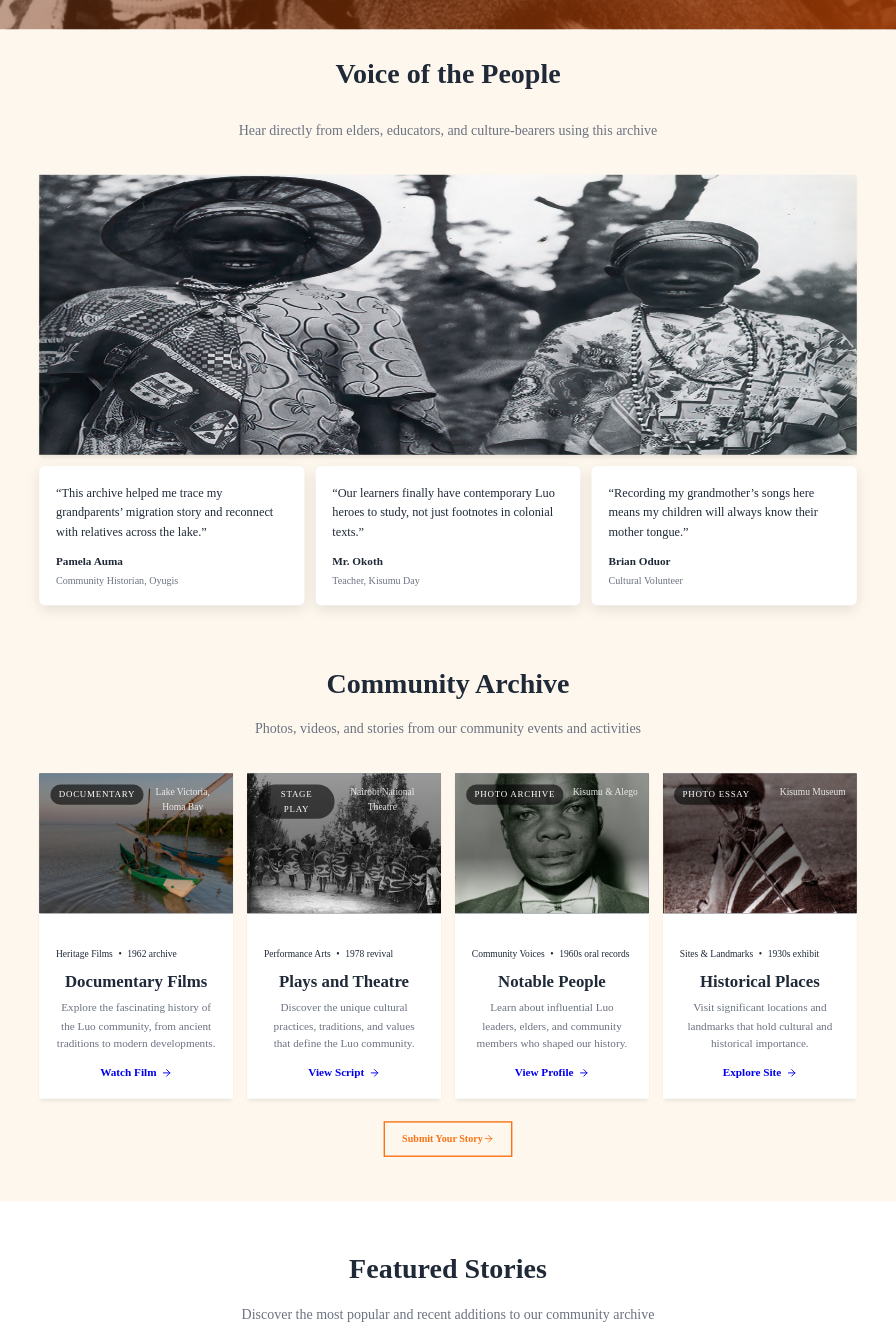
Repository: ianfranko/luo-community-history
Page: /
These files come from the project's save history. The page is drawn as it stood at one moment and after the next save; the edit follows.
The browser window is 1280 px wide. The pictures show the part of the page from y = 674 to 2594 px (the page is 3904 px tall before and 3704 px after), at 70% of full size.
The project was rebuilt for these pictures with package versions that can differ from the ones it lists, and the page was loaded fresh each time. The framework's server and built-in components were replaced by stand-ins that run in the browser. Also part of the build but not shown: next.config.ts.

Above is the page before, as saved 2025-11-23 07:12:03.

After the next save:
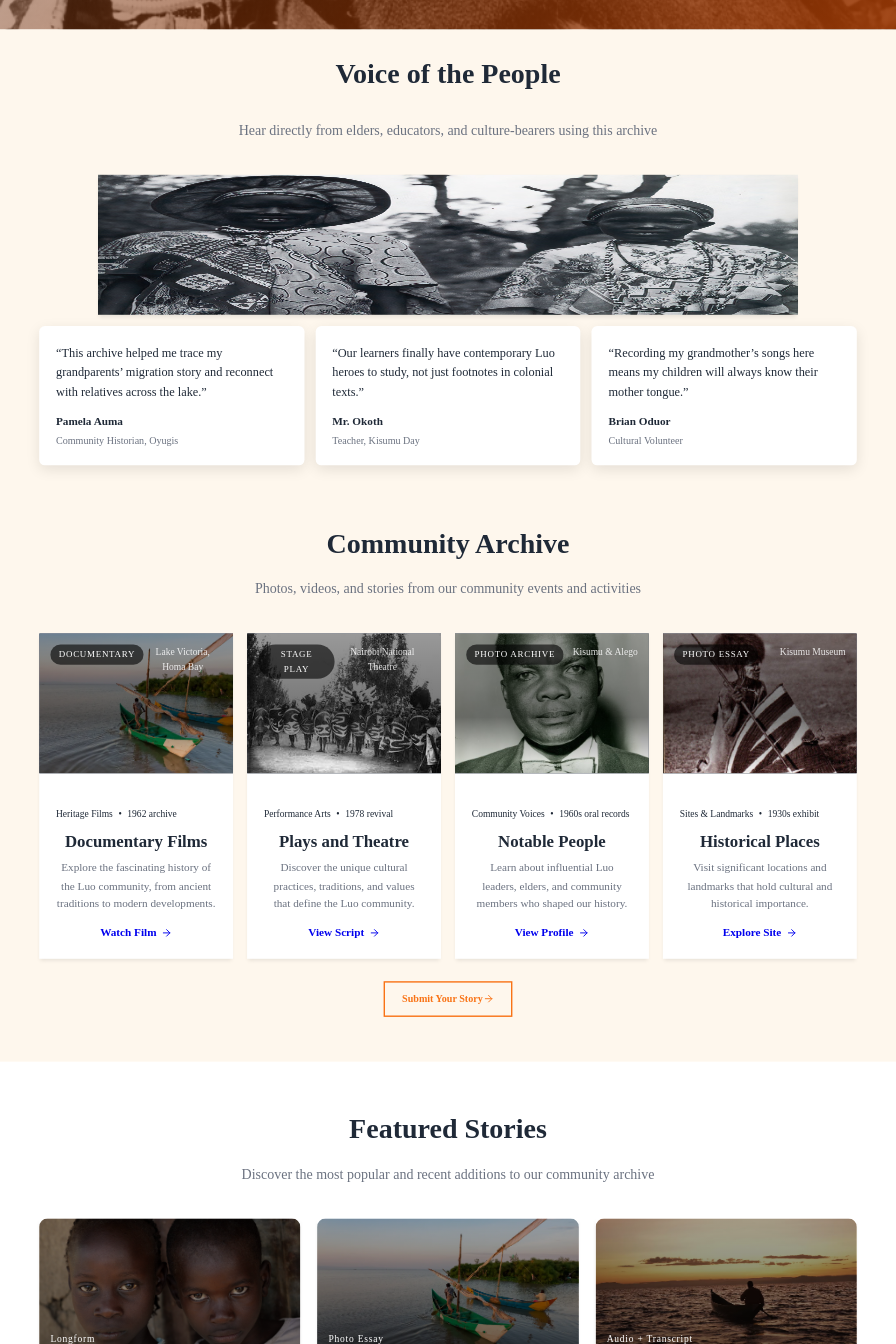
Saved 35 s later.
--- a/src/app/page.tsx
+++ b/src/app/page.tsx
@@ -203,8 +203,8 @@ export default function Home() {
   <Image
     src="/luo_03.jpg"
     alt="Community Archive"
-    width={1400}
-    height={400}
+    width={1000}
+    height={200}
     className="object-cover w-full max-w-2xl h-[80px] shadow"/>
 </div>
 
